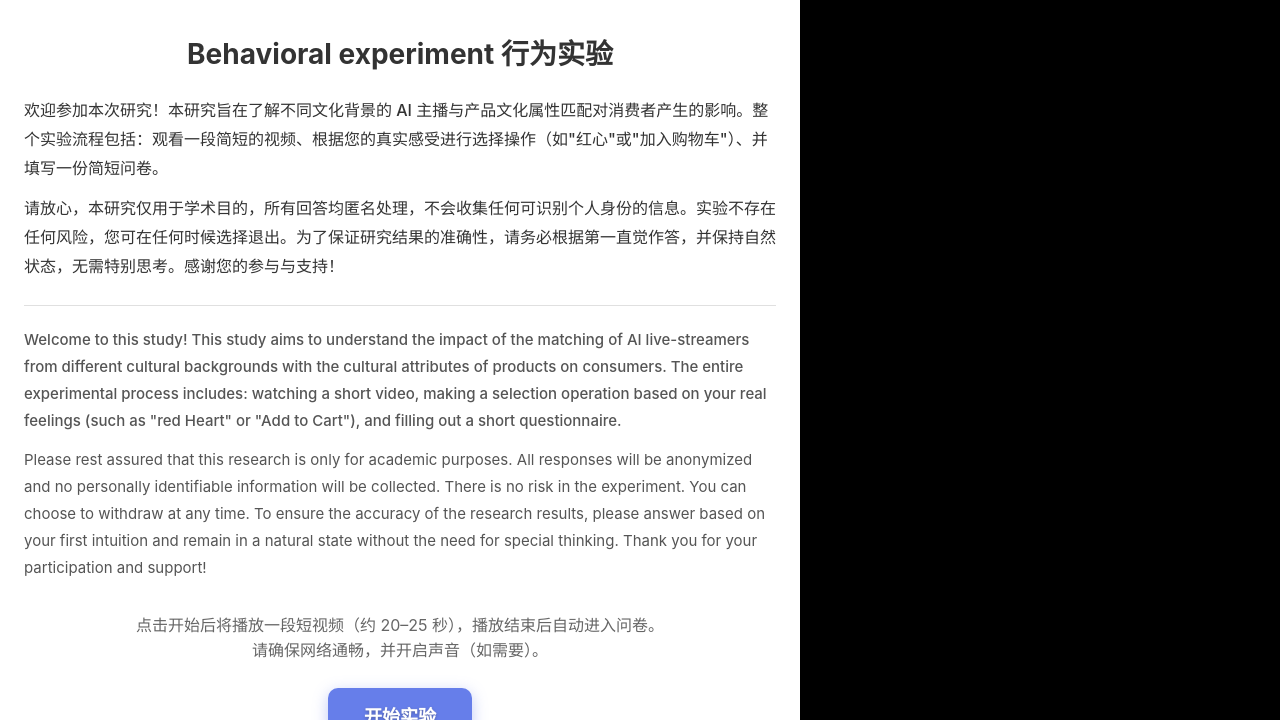
Repository: eshubmy-blip/study3-demo
Page: /
These files come from the project's save history. The page is drawn as it stood at one moment and after the next save; the edit follows.
The browser window is 1280 px wide. The pictures show the whole page.
An inner scrolling area shows only its first screen. The project was rebuilt for these pictures with package versions that can differ from the ones it lists, and the page was loaded fresh each time. Also part of the build but not shown: vite.config.js, src/components/VideoExperiment.css, src/components/VideoExperiment.jsx, src/components/Questionnaire.css, src/utils/supabase.js, src/utils/insertStudy3Row.js, src/components/Questionnaire.jsx.

Above is the page before, as saved 2025-12-15 11:32:06.

After the next save:
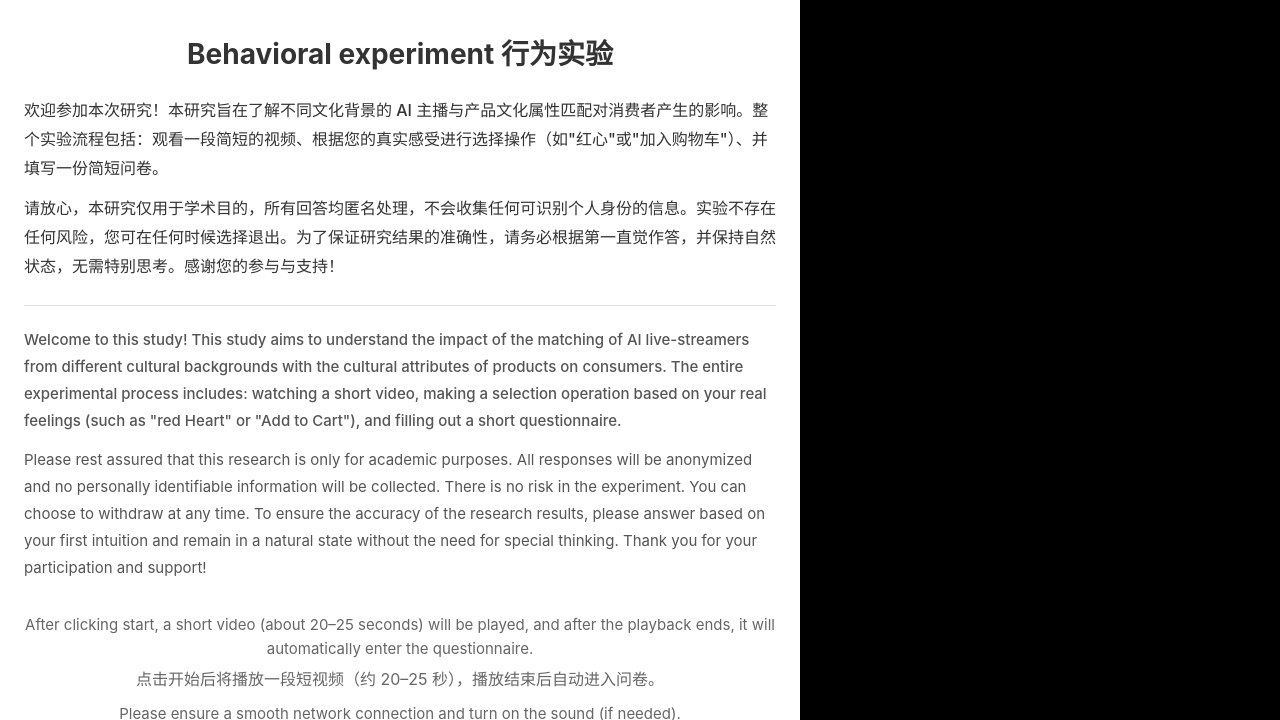
Saved 12 h 1 min later.
--- a/src/components/StartPage.jsx
+++ b/src/components/StartPage.jsx
@@ -9,7 +9,8 @@ export default function StartPage({ onStart }) {
           flexDirection: "column",
           alignItems: "center",
           justifyContent: "flex-start",
-          padding: "32px 24px 80px 24px",
+          // 底部多留出空间，避免被移动端浏览器工具栏遮挡
+          padding: "32px 24px 120px 24px",
           textAlign: "center",
           overflowY: "auto",
           overflowX: "hidden",
@@ -59,16 +60,28 @@ export default function StartPage({ onStart }) {
           </div>
         </div>
 
-        <p style={{
+        <div style={{
           marginBottom: 24,
           lineHeight: 1.6,
           fontSize: "16px",
-          color: "#666"
+          color: "#666",
+          display: "flex",
+          flexDirection: "column",
+          gap: "6px"
         }}>
-          点击开始后将播放一段短视频（约 20–25 秒），播放结束后自动进入问卷。
-          <br />
-          请确保网络通畅，并开启声音（如需要）。
-        </p>
+          <div style={{ fontSize: "15px", color: "#666" }}>
+            After clicking start, a short video (about 20–25 seconds) will be played, and after the playback ends, it will automatically enter the questionnaire.
+          </div>
+          <div style={{ fontSize: "16px", color: "#666" }}>
+            点击开始后将播放一段短视频（约 20–25 秒），播放结束后自动进入问卷。
+          </div>
+          <div style={{ fontSize: "15px", color: "#666", marginTop: "4px" }}>
+            Please ensure a smooth network connection and turn on the sound (if needed).
+          </div>
+          <div style={{ fontSize: "16px", color: "#666" }}>
+            请确保网络通畅，并开启声音（如需要）。
+          </div>
+        </div>
 
         <button
           onClick={onStart}
@@ -84,7 +97,8 @@ export default function StartPage({ onStart }) {
             textShadow: "0 1px 3px rgba(0, 0, 0, 0.3), 0 0 1px rgba(255, 255, 255, 0.5)",
             boxShadow: "0 4px 15px rgba(102, 126, 234, 0.4)",
             transition: "all 0.3s ease",
-            marginBottom: "20px",
+            // 与问卷提交按钮保持一致的底部空白
+            marginBottom: "80px",
             minHeight: "48px",
           }}
           onMouseEnter={(e) => {
@@ -96,7 +110,7 @@ export default function StartPage({ onStart }) {
             e.target.style.boxShadow = "0 4px 15px rgba(102, 126, 234, 0.4)";
           }}
         >
-          开始实验
+          Start Experiment / 开始实验
         </button>
       </div>
     );
